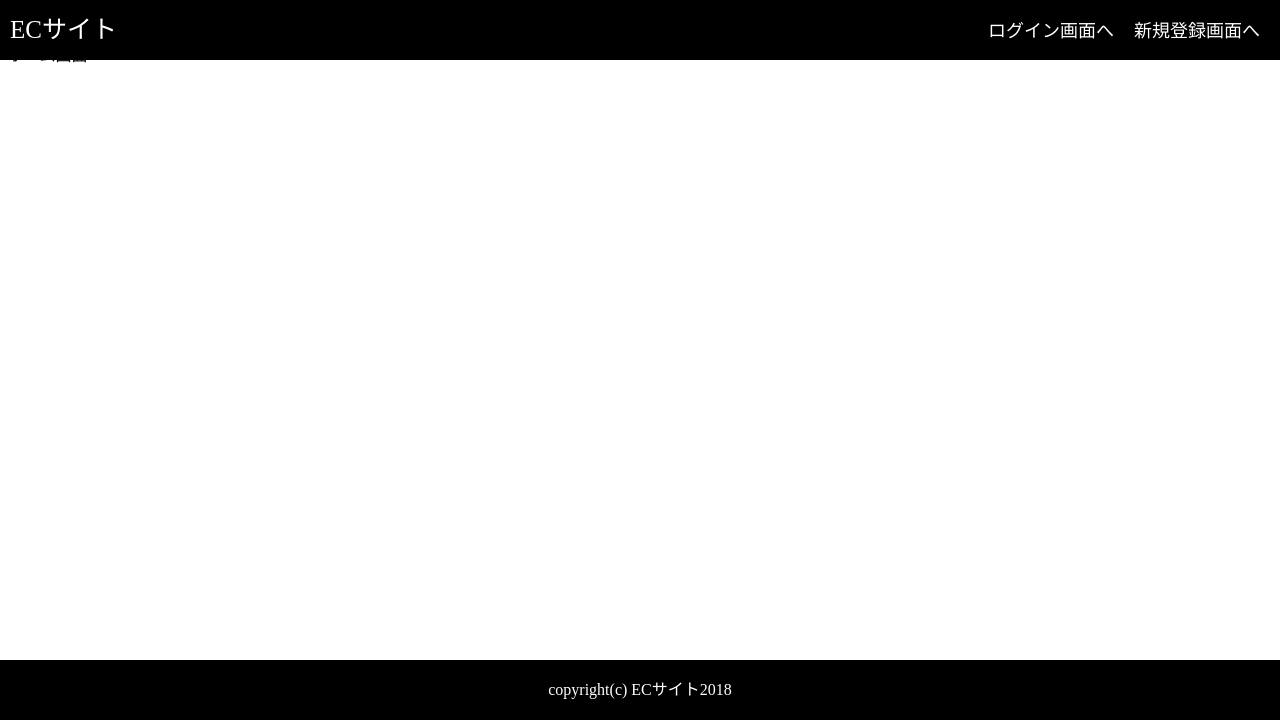
Repository: nyanya02/ECsite
Page: http://localhost/ECsite/
An editor plug-in stored every save of this project. The page is shown before and after the next save, followed by the edit.
The browser window is 1280 px wide. The pictures show the whole page.
The page is served by Tomcat 9. Other server files are loaded and not shown.

Above is the page before, as saved 2018-04-25 08:11:59.

### ECsite/WebContent/home.jsp
<%@ page language="java" contentType="text/html; charset=UTF-8"
    pageEncoding="UTF-8"%>
<%@ taglib prefix="s" uri="/struts-tags" %>
<!DOCTYPE html PUBLIC>
<html>
<head>
<meta charset="UTF-8">
<meta http-equiv="imagetoolbar" content="no"/>
<meta name="author" content="">
<meta name="keywords" content="">
<meta name="description" content="">

<title>ホーム</title>

<link rel="stylesheet" href="./css/style.css">

</head>
<body>
<p>aaa</p>
        <header>
            <div class="logo"><a href="">ECサイト</a></div>
            <ul>
                <li><a href=””>ログイン画面へ</a></li>
                <li><a href=””>新規登録画面へ</a></li>
            </ul>
        </header>

        <div id="main">
        	<p>ホーム画面</p>
        </div>

        <footer>
            copyright(c) ECサイト2018
        </footer>

</body>
</html>

### ECsite/WebContent/css/style.css
header{
    position:absolute;
    top:0;
    left:0;
    width:100%;
    height:60px;
    background-color: black;
}

header .logo{
    float: left;
    width:200px;
    padding-left: 10px;
    color: white;
    font-size: 25px;
    line-height: 60px;
}

header ul{
    float: right;
    line-height: 30px;
}

header ul li{
    float: left;
    list-style: none;
    padding-right: 20px;
    color: white;
    font-size: 18px;
}

.logo a{
    text-decoration: none;
    color: white;
}
.logo a:hover{
    color: #E6E6E6;
}

header li a{
    text-decoration: none;
    color: white;
}
header li a:hover{
    color: #E6E6E6;
}

footer{
    clear:both;
    width: 100%;
    height: 60px;
    position: absolute;
    bottom: 0;
    left: 0;
    color: white;
    background-color: black;
    text-align: center;
    line-height: 60px;
}

After the next save:
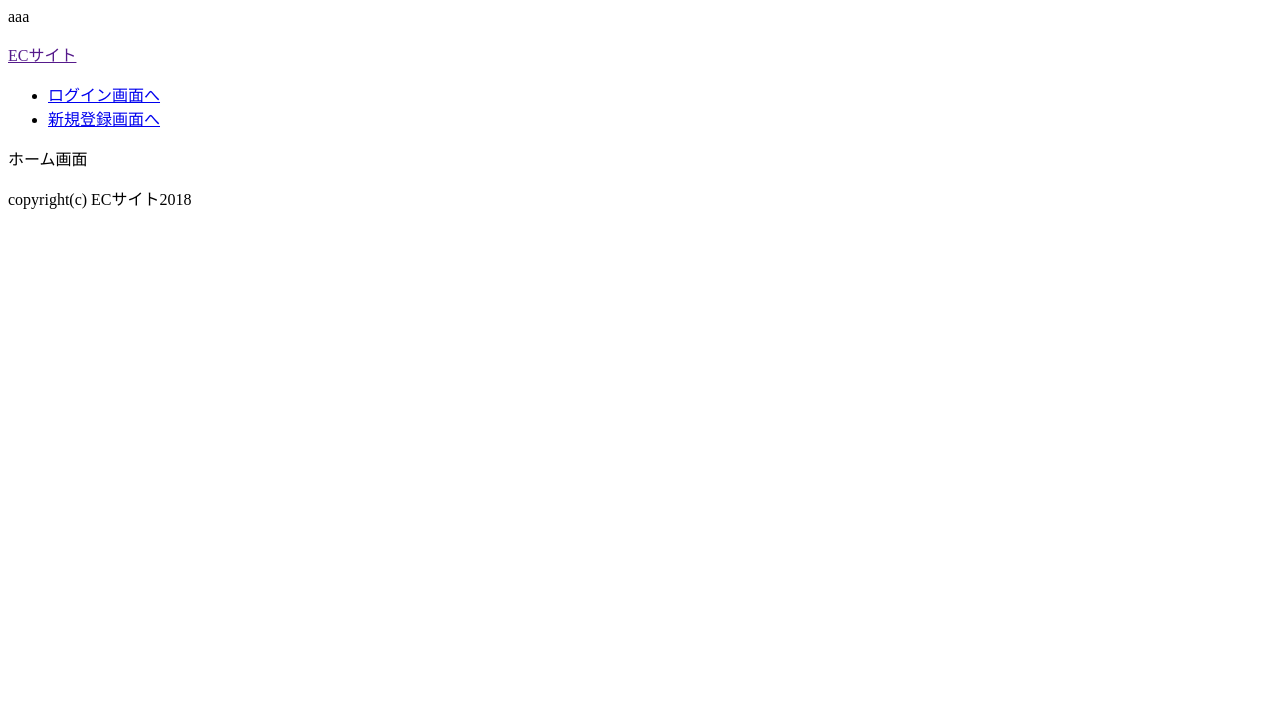
Saved 116 s later.
--- a/ECsite/WebContent/home.jsp
+++ b/ECsite/WebContent/home.jsp
@@ -12,7 +12,7 @@
 
 <title>ホーム</title>
 
-<link rel="stylesheet" href="./css/style.css">
+<link rel="stylesheet" src="./css/style.css">
 
 </head>
 <body>

After the save that followed:
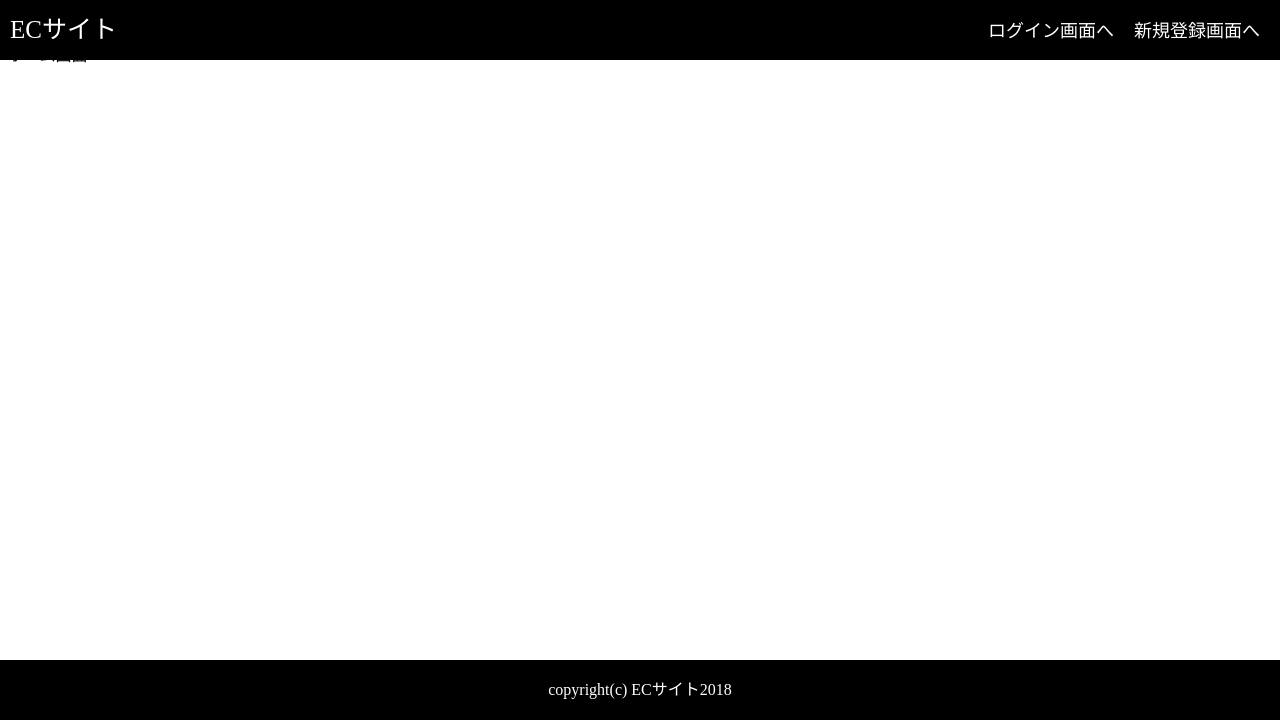
Saved 60 s later.
--- a/ECsite/WebContent/home.jsp
+++ b/ECsite/WebContent/home.jsp
@@ -12,7 +12,7 @@
 
 <title>ホーム</title>
 
-<link rel="stylesheet" src="./css/style.css">
+<link rel="stylesheet" href="./css/style.css">
 
 </head>
 <body>
